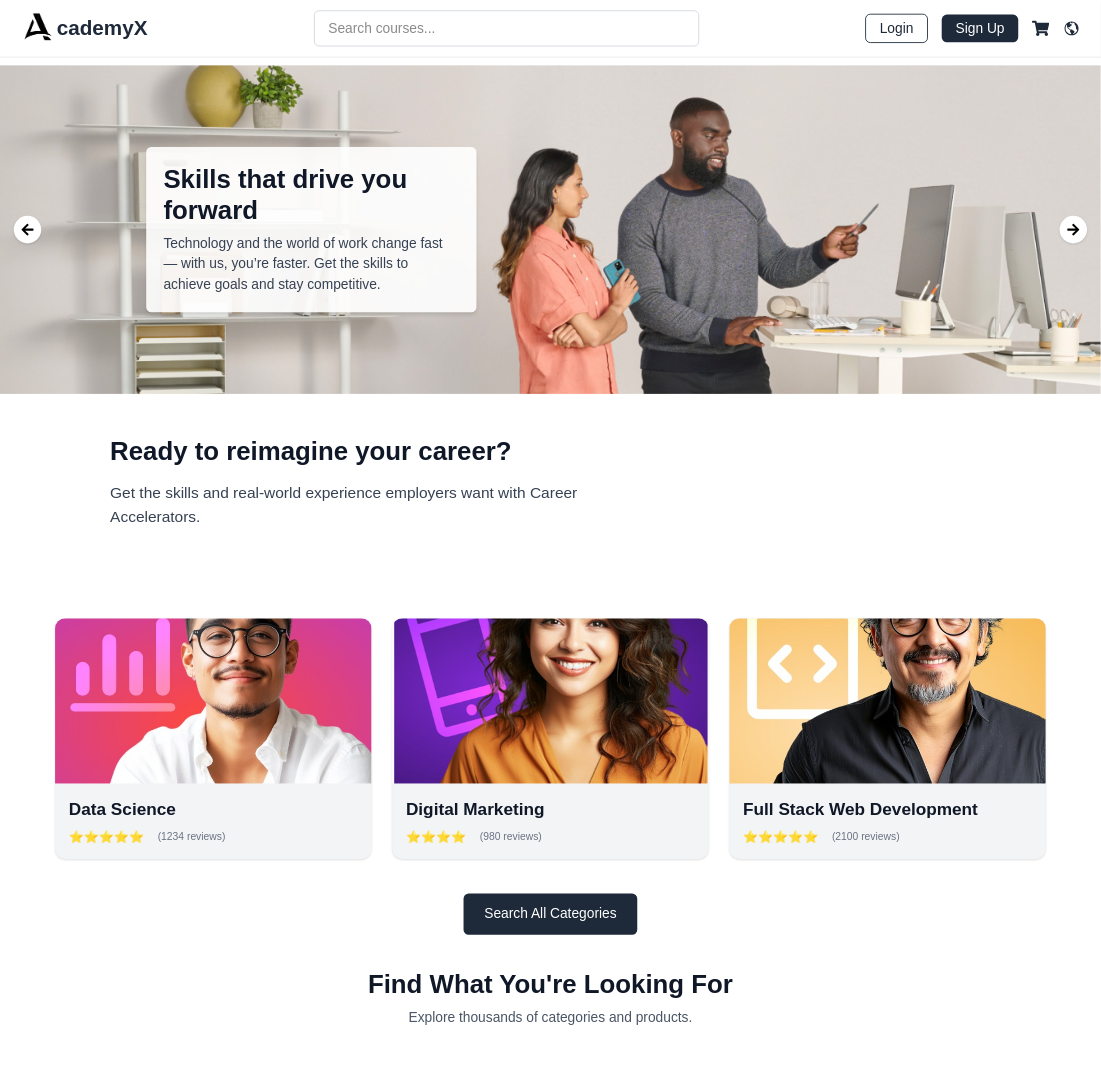
Repository: MohamedSalah54/full-stack-e-learning
Page: / (app in frontend/)
The author's editor kept a copy of each file at every save. The page is drawn from the files as they stood at one save, then again after the next save.
The browser window is 1280 px wide. The pictures show the whole page, at 86% of full size.
The project was rebuilt for these pictures with package versions that can differ from the ones it lists, and the page was loaded fresh each time. The framework's server and built-in components were replaced by stand-ins that run in the browser. Also part of the build but not shown: frontend/next.config.ts.

Above is the page before, as saved 2025-06-15 14:14:24.

After the next save:
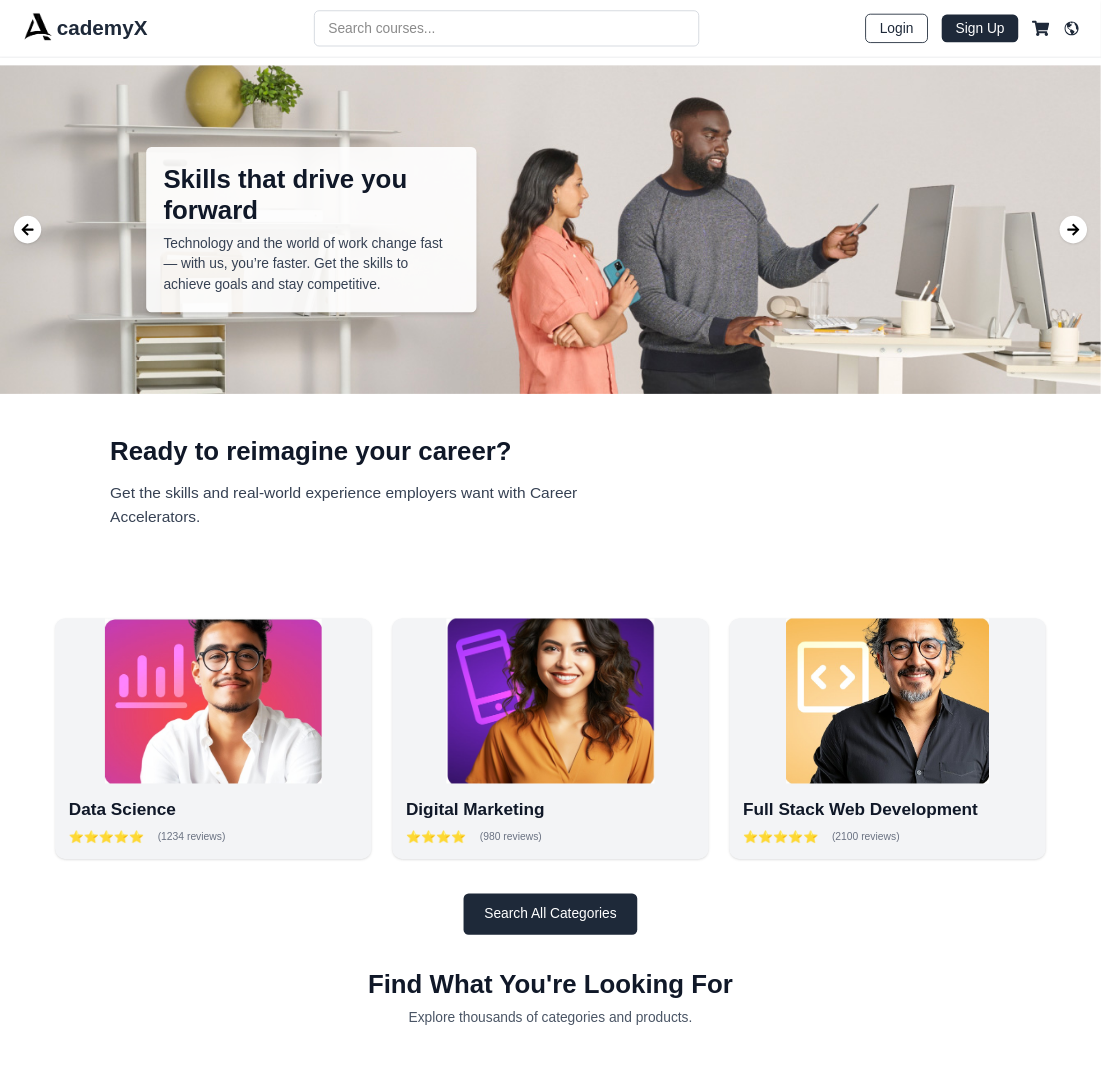
Saved 39 s later.
--- a/frontend/src/components/home/HeroCategories.tsx
+++ b/frontend/src/components/home/HeroCategories.tsx
@@ -26,7 +26,7 @@
       <div className="max-w-6xl mx-auto grid grid-cols-1 sm:grid-cols-2 md:grid-cols-3 gap-6">
         {categories.map((cat, index) => (
           <div key={index} className="bg-gray-100 rounded-xl overflow-hidden shadow hover:shadow-lg transition">
-            <img src={cat.image} alt={cat.title} className="w-full h-48 object-cover" />
+<img src={cat.image} alt={cat.title} className="w-full h-48 object-contain" />
             <div className="p-4">
               <h3 className="text-xl font-semibold text-gray-900 mb-2">{cat.title}</h3>
               <p className="text-sm text-gray-600 flex items-center gap-2">
